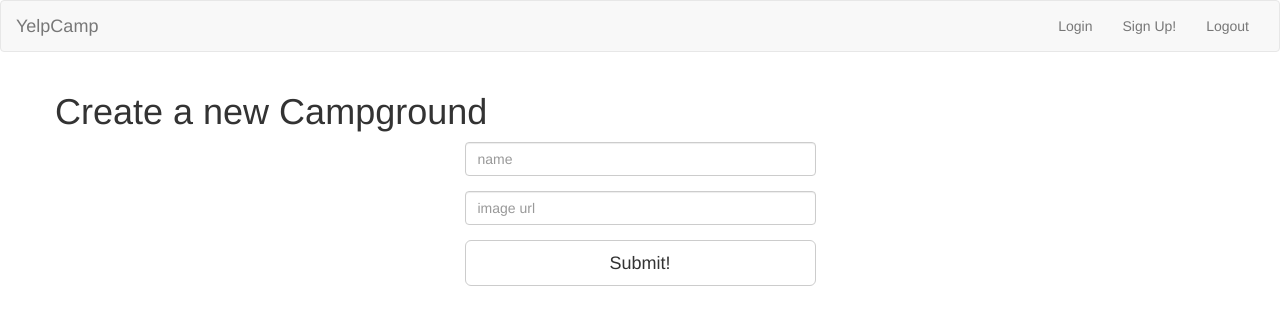
Repository: karanagg262/The-Web-Development-Bootcamp
Page: http://localhost/campgrounds/new
The author's editor kept a record of every edit. The page is drawn from the files as they stood at one moment, then again after the next edit.
The browser window is 1280 px wide. The pictures show the whole page.
The page is served by the project's Node server (yelpcamp/v1/app.js).

Above is the page before.

After the next edit:
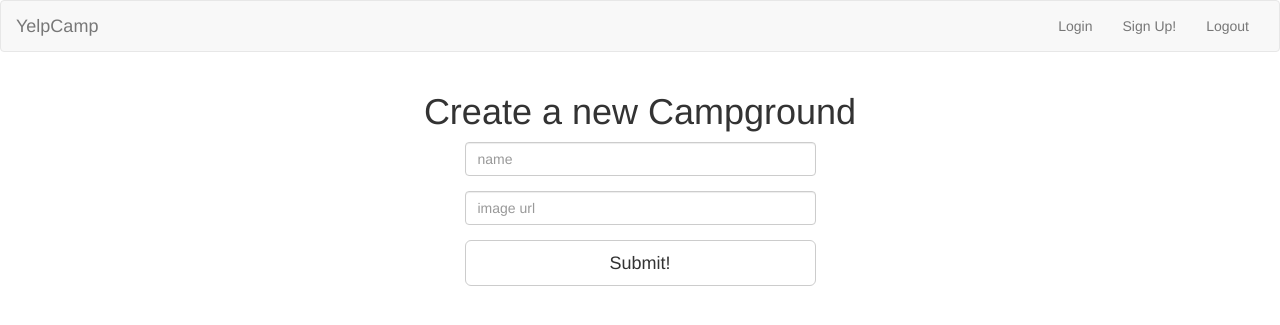
The edit:
--- a/Backend and full scale projects/yelpcamp/v1/views/new.ejs
+++ b/Backend and full scale projects/yelpcamp/v1/views/new.ejs
@@ -1,7 +1,7 @@
 <%- include("partials/header") %>
 <div class="container">
     <div class="row">
-        <h1>Create a new Campground</h1>
+        <h1 style="text-align: center">Create a new Campground</h1>
         <div style="width: 30%; margin: 0 auto;">
             <form action="/campgrounds" method="POST">
             <div class="form-group">
